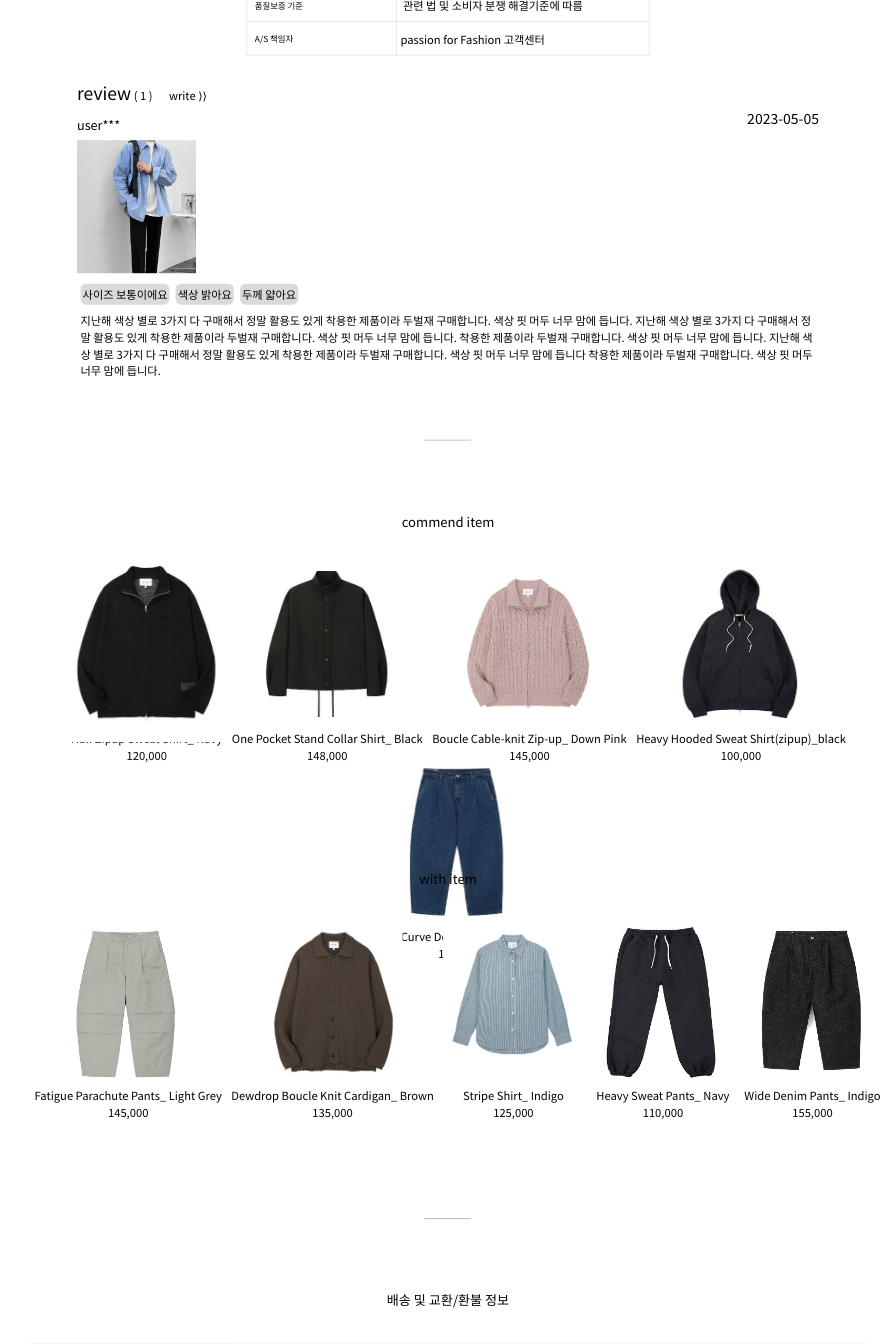
Repository: mcw9503/PassionForFashion
Page: Semi_Project/src/main/webapp/WEB-INF/Product_Information.html
These files come from the project's save history. The page is drawn as it stood at one moment and after the next save; the edit follows.
The browser window is 1280 px wide. The pictures show the part of the page from y = 3585 to 5505 px (the page is 6344 px tall), at 70% of full size.
The pointer rests on the first visible `.product ul li img`.

Above is the page before, as saved 2023-05-08 14:36:57.

After the next save:
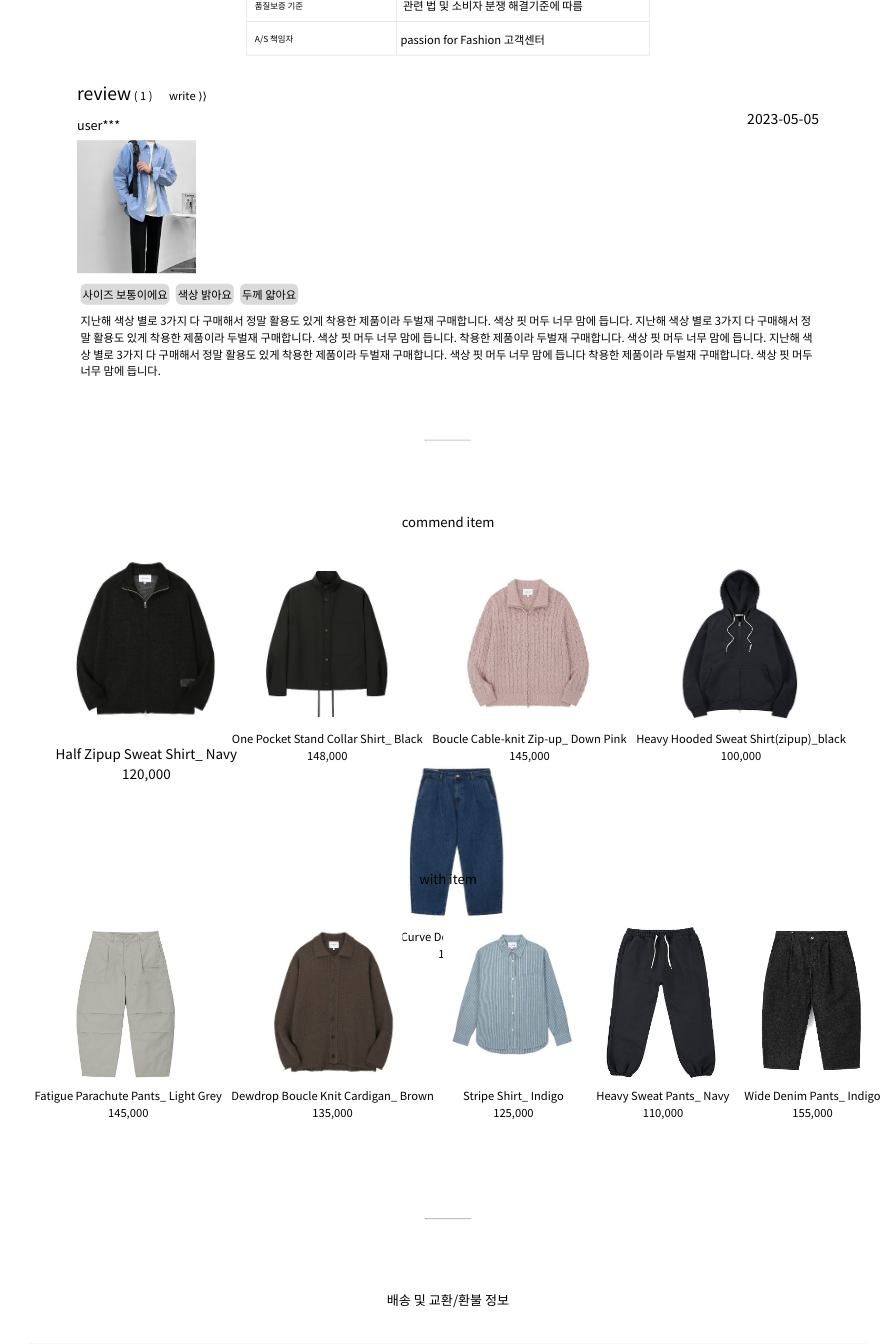
Saved 38 s later.
--- a/Semi_Project/src/main/webapp/WEB-INF/Product_Information.html
+++ b/Semi_Project/src/main/webapp/WEB-INF/Product_Information.html
@@ -384,7 +384,7 @@ input[type="number"]::-webkit-outer-spin-button, input[type="number"]::-webkit-i
 	transition: 0.45s;
 }
 
-.product ul li img:hover {
+.product ul li:hover {
 	transform: scale(1.2);
 	transition: 0.45s;
 }
